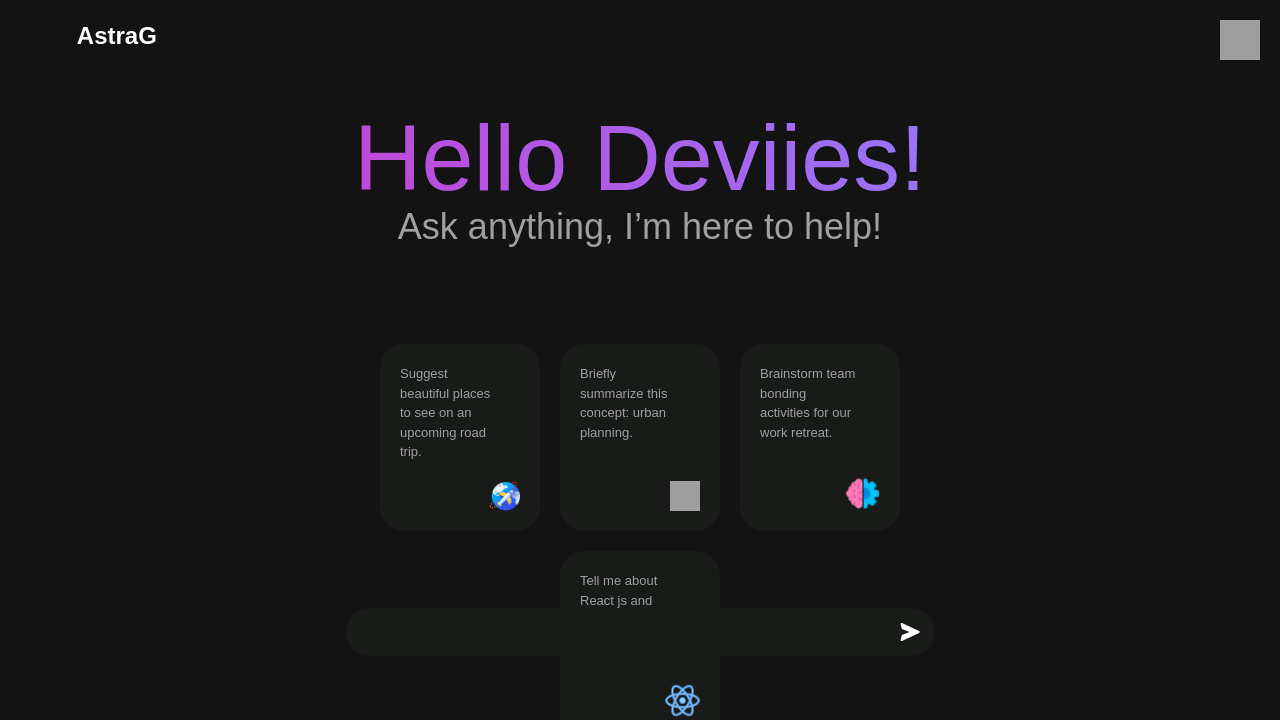
Repository: S-o-b-u/AstraGen1
Page: /
An editor plug-in stored every save of this project. The page is shown before and after a run of saves, followed by the edit.
The browser window is 1280 px wide. The pictures show the whole page.
Pictures or frames that could not be fetched are drawn as grey boxes. The project was rebuilt for these pictures with package versions that can differ from the ones it lists, and the page was loaded fresh each time. Also part of the build but not shown: vite.config.js, src/components/Loader/Loader.jsx, src/components/Sidebar/SIdebar.jsx.

Above is the page before, as saved 2024-11-14 01:29:54.

### index.html
<!doctype html>
<html lang="en">
  <head>
    <meta charset="UTF-8" />
    <link rel="icon" type="image/svg+xml" href="./icons/logo.png" />
    <meta name="viewport" content="width=device-width, initial-scale=1.0" />
    <title>Astra</title>
  </head>
  <body>
    <div id="root"></div>
    <script type="module" src="/src/main.jsx"></script>
  </body>
</html>

### src/main.jsx
import { createRoot } from "react-dom/client";
import "./index.css";
import App from "./App.jsx";
import ContextProvider from "./context/Context.jsx";

createRoot(document.getElementById("root")).render(
  <ContextProvider>
    <App />
  </ContextProvider>
);

### src/index.css
@tailwind base;
@tailwind components;
@tailwind utilities;
@import url('https://fonts.googleapis.com/css2?family=Outfit:wght@100..900&family=Poppins:ital,wght@0,100;0,200;0,300;0,400;0,500;0,600;0,700;0,800;0,900;1,100;1,200;1,300;1,400;1,500;1,600;1,700;1,800;1,900&display=swap');
*{
    padding: 0;
    margin: 0;
    box-sizing: border-box;
    font-family: "Outfit", sans-serif;
}
#root{
    width: 100%;
    height: 100vh;
    background-color: #131313;
}

### src/App.jsx
import { useState } from 'react'
import reactLogo from './assets/react.svg'
import viteLogo from '/vite.svg'
import Main from './components/Main/Main'
import Sidebar from './components/Sidebar/SIdebar'

function App() {

  return (
    <>
<div className='h-[100vh] w-[100%] overflow-hidden '>
{/* <Sidebar/> */}
<Main/>
</div>
    </>
  )
}

export default App

### src/context/Context.jsx
import React, { createContext, useState } from "react";
import run from "../config/gemini";

export const Context = createContext();

const ContextProvider = (props) => {
const newChat = ()=>{
  setLoading(false);
  setShowResult(false)
}


  const onSent = async (prompt) => {
    setResultData("");
    setLoading(true);
    setShowResult(true);
    setInput("");

    let response;
    if (prompt !== undefined) {
      setRecentPrompt(prompt)
      response = await run(prompt)
    }else{
      setPrevPrompt(prev => [...prev, Input])
      setRecentPrompt(Input);
      response = await run(Input)

    }



    const formattedResponse = response
      .replace(/## (.*)/g, "<h2>$1</h2>")
      .replace(/\*\*(.+?)\*\*/g, "<b>$1</b>")
      .replace(/\n\n/g, "<p></p>")
      .replace(/\n/g, "<br />")
      .replace(/\*/g, ">");
    console.log(formattedResponse);
    let newResponseArray = formattedResponse.split(" ");
    let delay = 0;
    newResponseArray.forEach((word, index) => {
      setTimeout(() => {
        setResultData((prev) => prev + word + " ");
      }, delay);
      delay += 75;
    });

    setLoading(false);
  };
  const [Input, setInput] = useState("");
  const [RecentPrompt, setRecentPrompt] = useState("");
  const [PrevPrompt, setPrevPrompt] = useState([]);
  const [ShowResult, setShowResult] = useState(false);
  const [Loading, setLoading] = useState(false);
  const [ResultData, setResultData] = useState("");

  const contextValue = {
    Input,
    setInput,
    RecentPrompt,
    setRecentPrompt,
    PrevPrompt,
    setPrevPrompt,
    ShowResult,
    Loading,
    ResultData,
    onSent,
    newChat
  };
  return (
    <Context.Provider value={contextValue}>{props.children}</Context.Provider>
  );
};
export default ContextProvider;

### src/components/Main/Main.jsx
import { useContext } from "react";
import "./Main.css";
import { Context } from "../../context/Context";
import MyLoader from "../Loader/Loader";
const Main = () => {

  const {
    Input,
    setInput,
    RecentPrompt,
    setRecentPrompt,
    PrevPrompt,
    setPrevPrompt,
    ShowResult,
    Loading,
    setResultData,
    ResultData,
    onSent,
  } = useContext(Context);
  const handleKeyDown = (event)=>{
    if (event.key == "Enter") {
      onSent();
    }
  }
  const loadPrompt = (prompt) => {
    setInput(prompt);
  };
  return (
    <>
     <div className="relative w-[100%] h-[100vh] overflow-hidden">
     <div className="relative px-5 py-5">
        <nav className=" flex justify-between ">
          <h1 className="absolute text-white left-16  lg:left-[6vw] text-2xl font-semibold">
            AstraG
          </h1>
          <img
            className=" absolute right-5 w-[40px] h-[40px]"
            src=".\icons\cat.png"
            alt="user"
          />
        </nav>
      </div>

      {!ShowResult ? (
        <>
          <div className="greet-cards relative h-32 text-center top-12 lg;top-20 ">
            <div className=" relative flex justify-center">
            <p className="text-[7vh] absolute lg:text-[13vh]">
              <span>Hello Deviies!</span>
            </p>
            <p className="text-[2.5vh] lg:text-[5vh] absolute mt-16 lg:mt-28 ">
            Ask anything, I’m here to help!{" "}
            </p>
            </div>
            <div className="cards justify-center lg:absolute lg:left-[50%] lg:-translate-x-[50%] text-white mt-28 lg:mt-64 flex flex-wrap gap-2 lg:gap-5 ">
              <div onClick={()=>loadPrompt("Suggest beautiful places to see on an upcoming road trip.")} className="card relative transition-all text-start ease-in-out duration-300 bg-[#181B18] hover:bg-[#161816] p-5 lg:w-40 lg:h-[26vh] rounded-3xl ">
                <p className="text-[13px] w-24">
                  Suggest beautiful places to see on an upcoming road trip.
                </p>
                <img
                  className="w-[30px] h-[30px] absolute  bottom-5 right-5 opacity-0 lg:opacity-100"
                  src=".\icons\airplane.png"
                  alt=""
                />
              </div>
              <div onClick={()=>loadPrompt("Briefly summarize this concept: urban planning.")} className="card relative transition-all text-start ease-in-out duration-300 bg-[#181B18] hover:bg-[#161816] p-5 lg:w-40 lg:h-[26vh] rounded-3xl">
                <p className="text-[13px] w-24">
                  Briefly summarize this concept: urban planning.
                </p>
                <img
                  className="w-[30px] h-[30px] absolute  bottom-5 right-5 opacity-0 lg:opacity-100"
                  src=".\icons\urban.png"
                  alt=""
                />
              </div>
              <div onClick={()=>loadPrompt("Brainstorm team bonding activities for our work retreat.")} className="card relative transition-all text-start ease-in-out duration-300 bg-[#181B18] hover:bg-[#161816] p-5 lg:w-40 lg:h-[26vh] rounded-3xl">
                <p className="text-[13px] w-24">
                  Brainstorm team bonding activities for our work retreat.
                </p>
                <img
                  className="w-[35px] h-[35px] absolute  bottom-5 right-5 opacity-0 lg:opacity-100"
                  src=".\icons\brain.png"
                  alt=""
                />
              </div>
              <div onClick={()=>loadPrompt("Tell me about React js and React native.")} className="card relative transition-all text-start ease-in-out duration-300 bg-[#181B18] hover:bg-[#161816] p-5 lg:w-40 lg:h-[26vh] rounded-3xl">
                <p className="text-[13px] w-24">
                  Tell me about React js and React native.
                </p>
                <img
                  className="w-[35px] h-[35px] absolute  bottom-5 right-5 opacity-0 lg:opacity-100"
                  src=".\icons\react.png"
                  alt=""
                />
              </div>
            </div>
          </div>


        </>
      ) : (
        <>
          <div className="result w-100% h-[71vh] overflow-auto absolute px-72 py-2 top-24  flex flex-col gap-4  text-white">
            <div className="user flex gap-3 items-center">
              <img
                className="w-[30px] h-[30px]"
                src=".\icons\cat.png"
                alt="user"
              />
              <p>{RecentPrompt}</p>
            </div>
            <div className="result-data  ml-1   flex gap-2">
              <img  className="w-[30px] h-[30px]"
                src=".\icons\chai-tea.png"
                alt="user" />
                {Loading? <MyLoader/>
                :
              <p className=" mt-1" dangerouslySetInnerHTML={{ __html: ResultData }} />
            }
            </div>
          </div>
        </>
      )}
      <div className="prompt flex gap-5 absolute bg-[#181B18] left-[50%] -translate-x-[50%] bottom-32 lg:bottom-16 w-[90%] lg:w-[46vw] rounded-full p-3">
        <input
          onChange={(e) => setInput(e.target.value)}
          onKeyDown={handleKeyDown}
          value={Input}
          className="w-[90%] text-white ml-3 border-none outline-none bg-transparent"
          type="text"
          placeholder=""
        />

        <button onClick={() => onSent()}>
          <img src=".\icons\send.svg" alt="" />
        </button>
      </div>
     </div>
    </>
  );
};

export default Main;

### src/config/gemini.js
import {
  GoogleGenerativeAI,
  HarmCategory,
  HarmBlockThreshold,
} from "@google/generative-ai";

const genAI = new GoogleGenerativeAI("AIzaSyAHY2uC3JZMNVIONYYos892Is-U_CMPQJ0");

const model = genAI.getGenerativeModel({ model: "gemini-1.5-flash" });

const generationConfig = {
  temperature: 1,
  topP: 0.95,
  topK: 40,
  maxOutputTokens: 8192,
  responseMimeType: "text/plain",
};

async function run(prompt) {
  const chatSession = model.startChat({
    generationConfig,
    history: [],
  });

  const result = await chatSession.sendMessage(prompt);
  const response = result.response;
  console.log(response.text());
  return response.text();
}

export default run;

### src/components/Main/Main.css
.greet-cards p{
    color: #9fa0a0;
}
.greet-cards span{
 background: -webkit-linear-gradient(16deg, #be4bdb 5%, #9775fa);
 -webkit-background-clip: text;
 -webkit-text-fill-color: transparent;
}
.result::-webkit-scrollbar{
    display: none;

}
.result-data p{
    line-height: 2.5;
    width: 90%;
}
.result-data p b{
   color: #67dfff;
}
.result-data p h2{
   color: 	#b581fe;
}

Loaded but not shown: tailwind.config.js (common file)

After the next 2 saves:
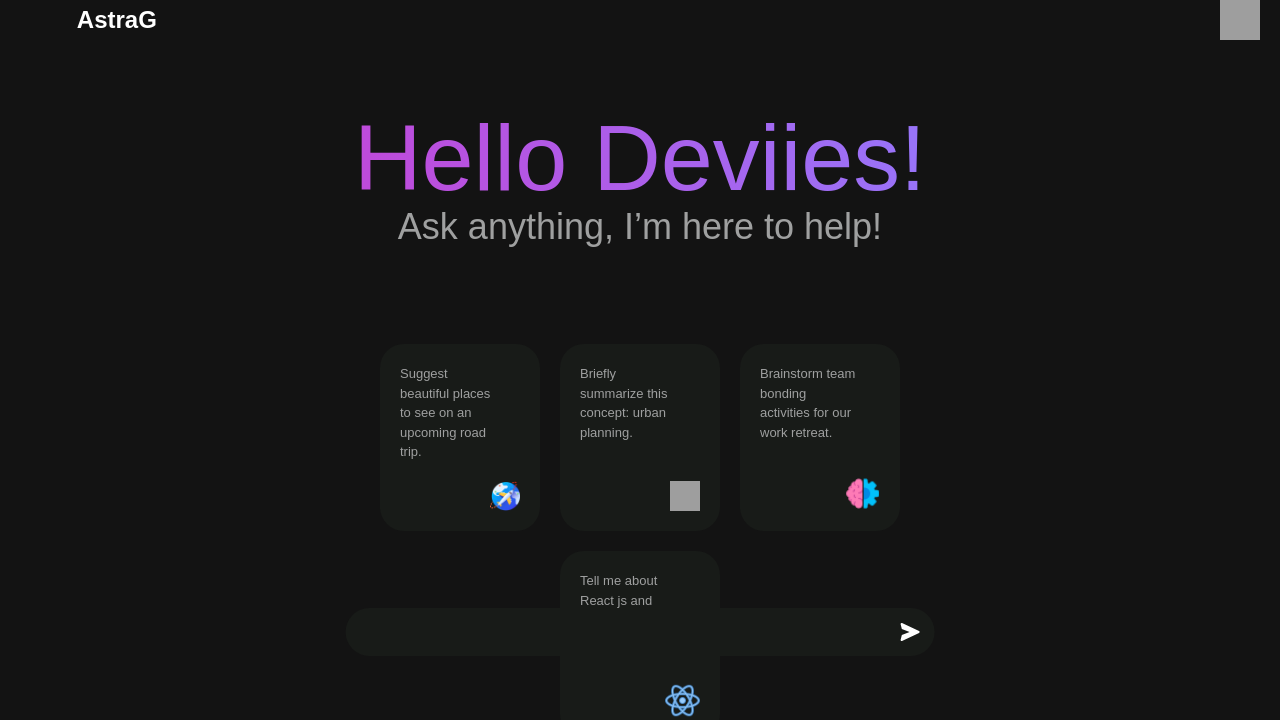
The 2 saves are shown as one change because they came seconds apart.
The last was saved 40 s later.
--- a/src/components/Main/Main.jsx
+++ b/src/components/Main/Main.jsx
@@ -29,7 +29,7 @@
     <>
      <div className="relative w-[100%] h-[100vh] overflow-hidden">
      <div className="relative px-5 py-5">
-        <nav className=" flex justify-between ">
+        <nav className=" flex justify-between items-center ">
           <h1 className="absolute text-white left-16  lg:left-[6vw] text-2xl font-semibold">
             AstraG
           </h1>

After the 2 saves that followed:
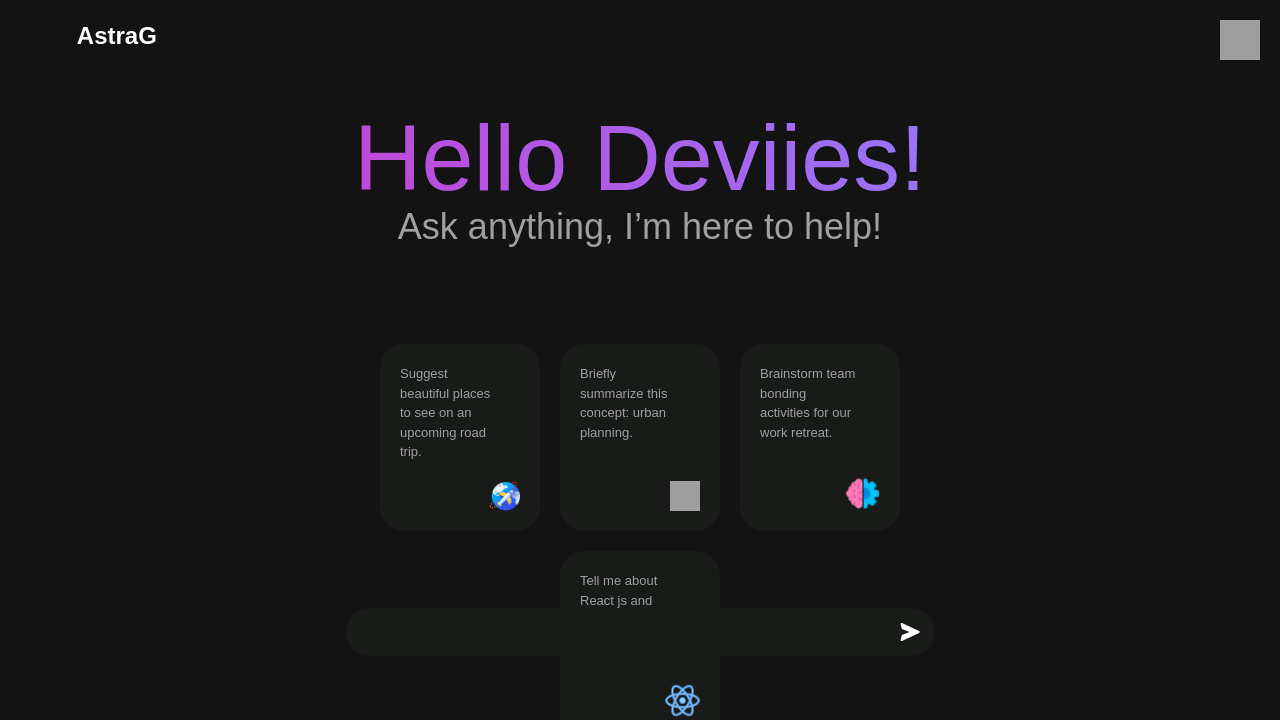
The 2 saves are shown as one change because they came seconds apart.
The last was saved 9 s later.
--- a/src/components/Main/Main.jsx
+++ b/src/components/Main/Main.jsx
@@ -29,7 +29,7 @@
     <>
      <div className="relative w-[100%] h-[100vh] overflow-hidden">
      <div className="relative px-5 py-5">
-        <nav className=" flex justify-between items-center ">
+        <nav className=" flex justify-between ">
           <h1 className="absolute text-white left-16  lg:left-[6vw] text-2xl font-semibold">
             AstraG
           </h1>
